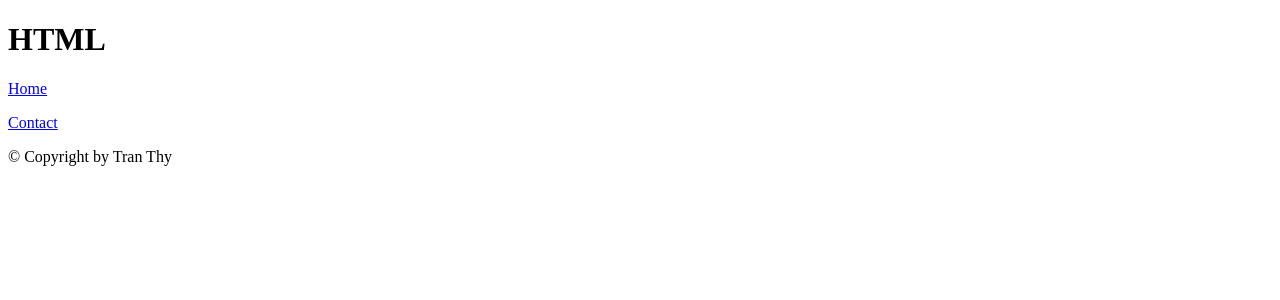
Repository: thytran142/Intern
Page: Internship/Listing.html
An editor plug-in stored every save of this project. The page is shown before and after the next save, followed by the edit.
The browser window is 1280 px wide. The pictures show the whole page.
Some web libraries are served in a nearby version.

Above is the page before, as saved 2014-05-19 01:52:59.

### Internship/Listing.html
<!DOCTYPE html>
<html lang="en">
	<head>
		<meta charset="utf-8">

		<!-- Always force latest IE rendering engine (even in intranet) & Chrome Frame
		Remove this if you use the .htaccess -->
		<meta http-equiv="X-UA-Compatible" content="IE=edge,chrome=1">

		<title>Listing Page</title>
		<meta name="description" content="">
		<meta name="author" content="Tran Thy">

		<meta name="viewport" content="width=device-width; initial-scale=1.0">

		<!-- Replace favicon.ico & apple-touch-icon.png in the root of your domain and delete these references -->
		<link rel="shortcut icon" href="/favicon.ico">
		<link rel="apple-touch-icon" href="/apple-touch-icon.png">
	</head>

	<body>
		<div>
			<header>
				<h1>HTML</h1>
			</header>
			<nav>
				<p>
					<a href="/">Home</a>
				</p>
				<p>
					<a href="/contact">Contact</a>
				</p>
			</nav>

			<div>

			</div>

			<footer>
				<p>
					&copy; Copyright  by Tran Thy
				</p>
			</footer>
		</div>
	</body>
</html>

Loaded but not shown: Internship/css/bootstrap.min.css (library); Internship/js/bootstrap.min.js (library)

After the next save:
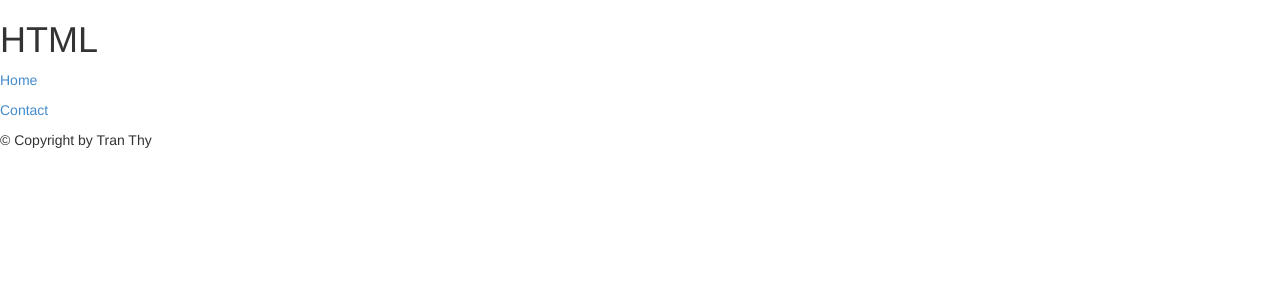
Saved 12 min 4 s later.
--- a/Internship/Listing.html
+++ b/Internship/Listing.html
@@ -7,7 +7,7 @@
 		Remove this if you use the .htaccess -->
 		<meta http-equiv="X-UA-Compatible" content="IE=edge,chrome=1">
 
-		<title>Listing Page</title>
+		<title>List view</title>
 		<meta name="description" content="">
 		<meta name="author" content="Tran Thy">
 
@@ -16,6 +16,9 @@
 		<!-- Replace favicon.ico & apple-touch-icon.png in the root of your domain and delete these references -->
 		<link rel="shortcut icon" href="/favicon.ico">
 		<link rel="apple-touch-icon" href="/apple-touch-icon.png">
+
+		<!--Bootstrap-->
+		<link href="css/bootstrap.min.css" rel="stylesheet">
 	</head>
 
 	<body>
@@ -43,4 +46,7 @@
 			</footer>
 		</div>
 	</body>
+	<!--Jquery -->
+	<script src="https://ajax.googleapis.com/ajax/libs/jquery/1.11.0/jquery.min.js"></script>
+	<script src="js/bootstrap.min.js"></script>
 </html>
